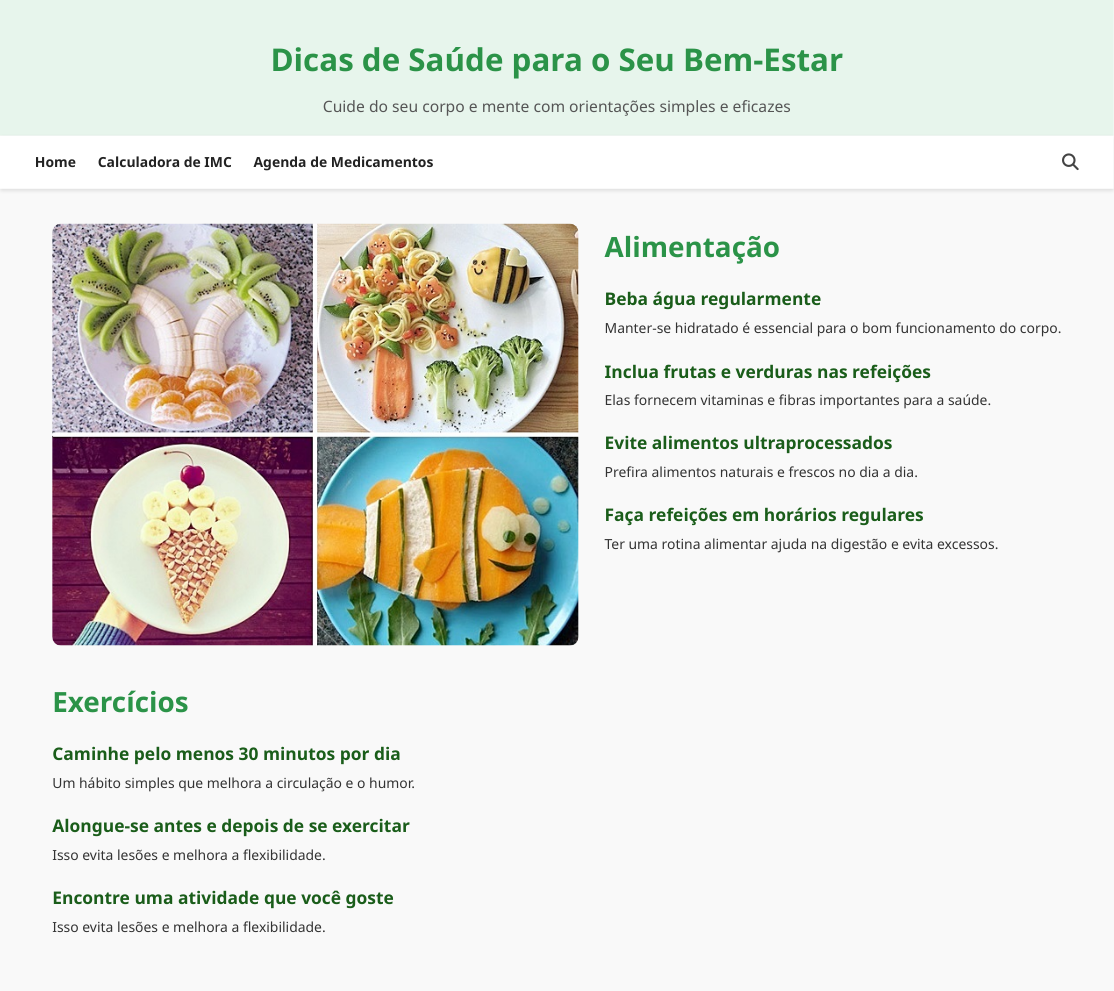
Repository: Cristiane-Sartori14/dicasSaude
Page: index.html
An editor plug-in stored every save of this project. The page is shown before and after the next save, followed by the edit.
The browser window is 1280 px wide. The pictures show the whole page, at 87% of full size.

Above is the page before, as saved 2025-05-18 22:16:56.

After the next save:
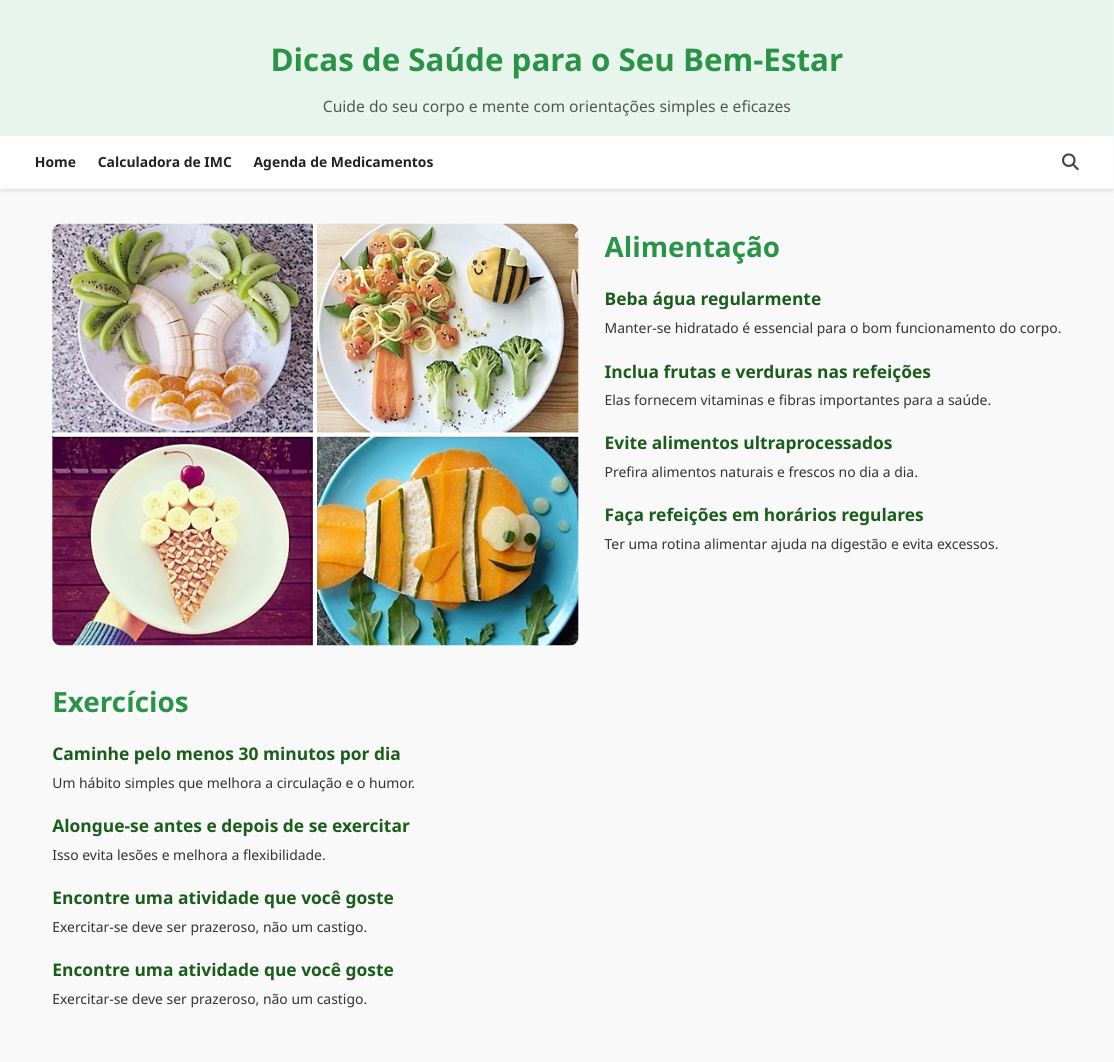
Saved 27 s later.
--- a/index.html
+++ b/index.html
@@ -68,21 +68,23 @@
       </section>
 
       <section class="topic" id="exercicios">
-         <h1 class="health-title">Exercícios</h1>
-          <div class="tip">
-            <h3>Caminhe pelo menos 30 minutos por dia</h3>
-            <p>Um hábito simples que melhora a circulação e o humor.</p>
-          </div>
-          <div class="tip">
-            <h3>Alongue-se antes e depois de se exercitar</h3>
-            <p>Isso evita lesões e melhora a flexibilidade.</p>
-          </div>
-         <div class="tip">
-            <h3>Encontre uma atividade que você goste</h3>
-            <p>Isso evita lesões e melhora a flexibilidade.</p>
-          </div>
-
-
+        <h1 class="health-title">Exercícios</h1>
+        <div class="tip">
+          <h3>Caminhe pelo menos 30 minutos por dia</h3>
+          <p>Um hábito simples que melhora a circulação e o humor.</p>
+        </div>
+        <div class="tip">
+          <h3>Alongue-se antes e depois de se exercitar</h3>
+          <p>Isso evita lesões e melhora a flexibilidade.</p>
+        </div>
+        <div class="tip">
+          <h3>Encontre uma atividade que você goste</h3>
+          <p>Exercitar-se deve ser prazeroso, não um castigo.</p>
+        </div>
+        <div class="tip">
+          <h3>Encontre uma atividade que você goste</h3>
+          <p>Exercitar-se deve ser prazeroso, não um castigo.</p>
+        </div>
       </section>
     </main>
   </body>
